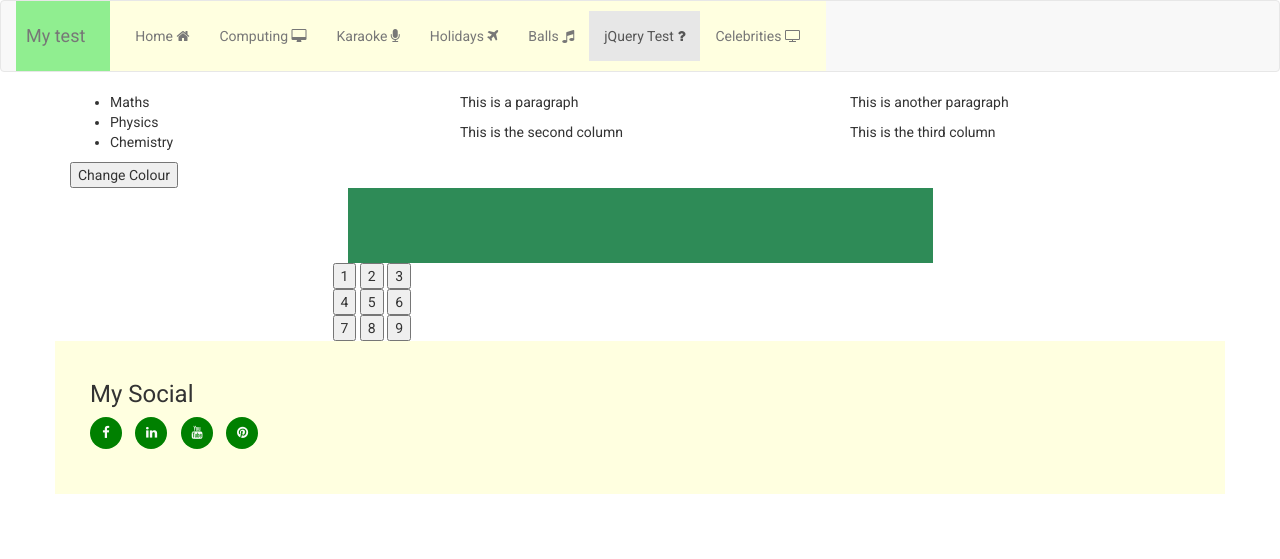
Repository: derektypist/bootstrap
Page: jquerydemo.html
The author's editor kept a record of every edit. The page is drawn from the files as they stood at one moment, then again after the next edit.
The browser window is 1280 px wide. The pictures show the whole page.
Some web libraries are served in a nearby version.

Above is the page before.

After the next edit:
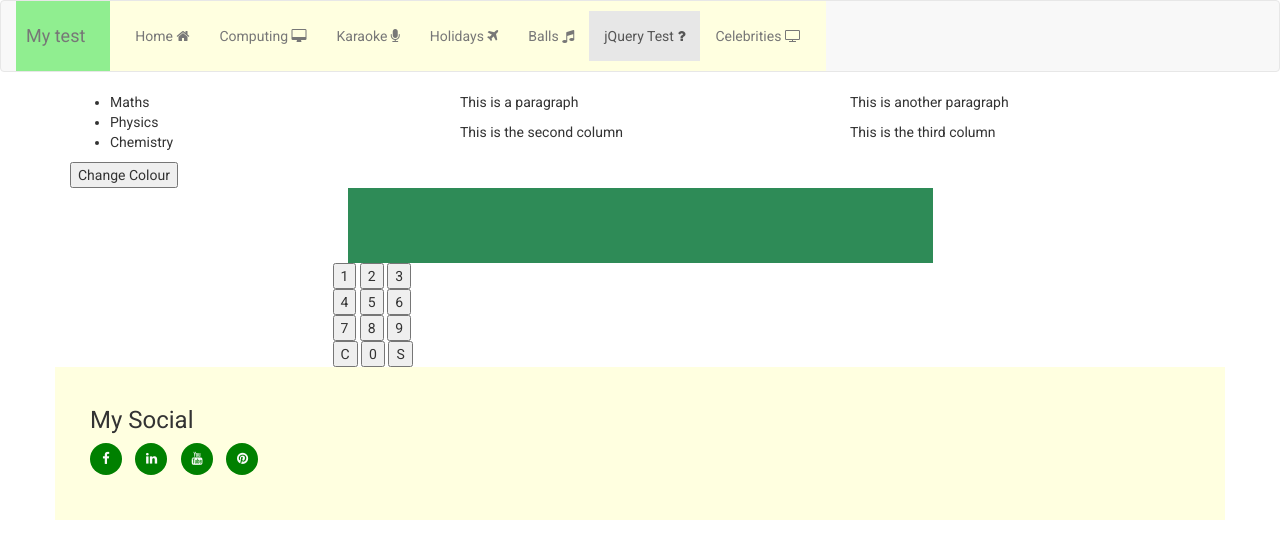
The edit:
--- a/jquerydemo.html
+++ b/jquerydemo.html
@@ -95,6 +95,13 @@
                     <button id="eight">8</button>
                     <button id="nine">9</button>
                 </div>
+
+                <!-- Set Up Fourth Row for Keypad -->
+                <div class="row">
+                    <button id="clear">C</button>
+                    <button id="zero">0</button>
+                    <button id="settings">S</button>
+                </div>
             </div>
 
 
